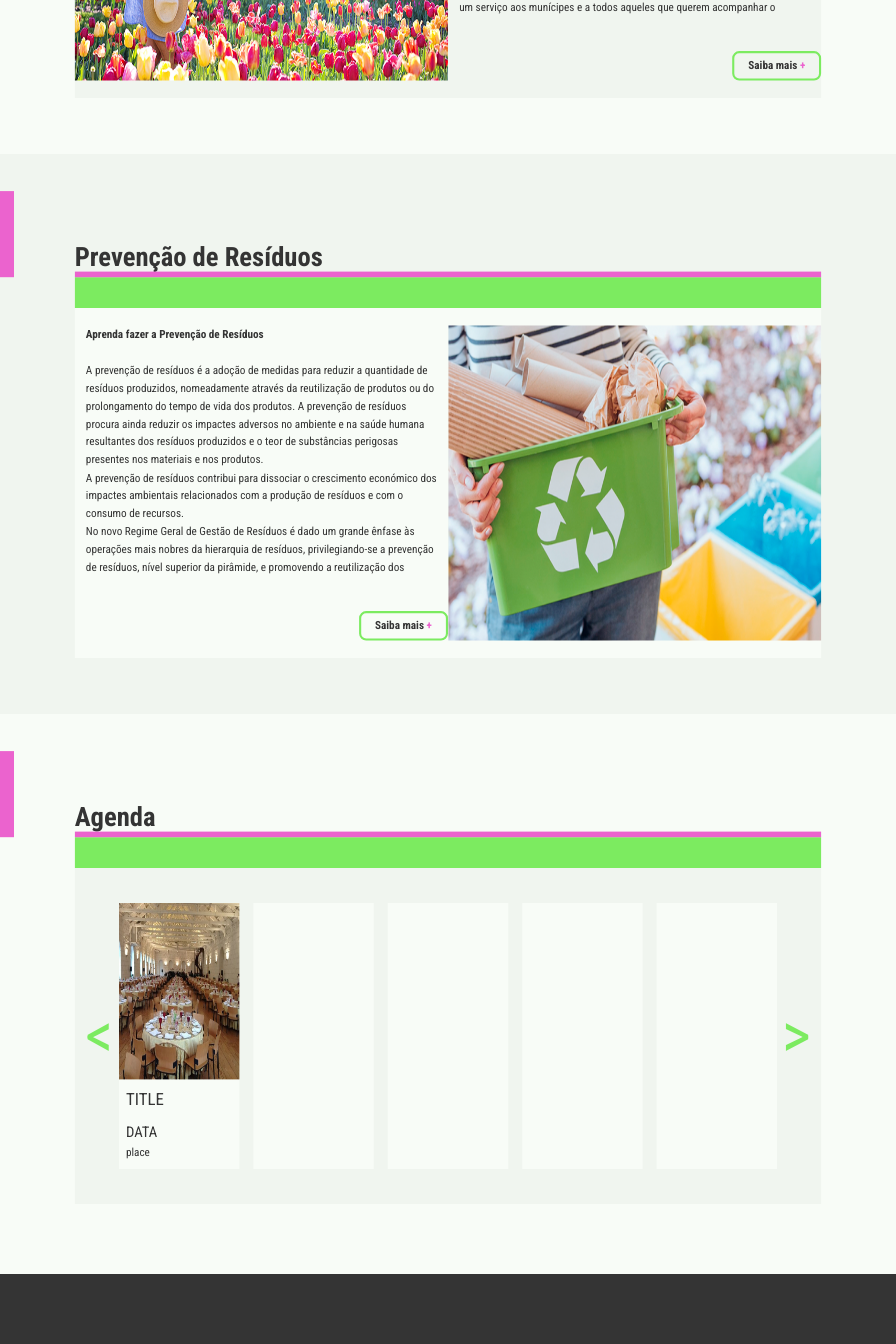
Repository: Goulart94/CmVilaFeliz
Page: index.html
These files come from the project's save history. The page is drawn as it stood at one moment and after the next save; the edit follows.
The browser window is 1280 px wide. The pictures show the part of the page from y = 3640 to 5560 px (the page is 5560 px tall), at 70% of full size.
The style sheet was rebuilt from its Sass, Less or Tailwind sources for each picture, by a compiler version that may differ from the author's.

Above is the page before, as saved 2022-05-16 15:13:13.

After the next save:
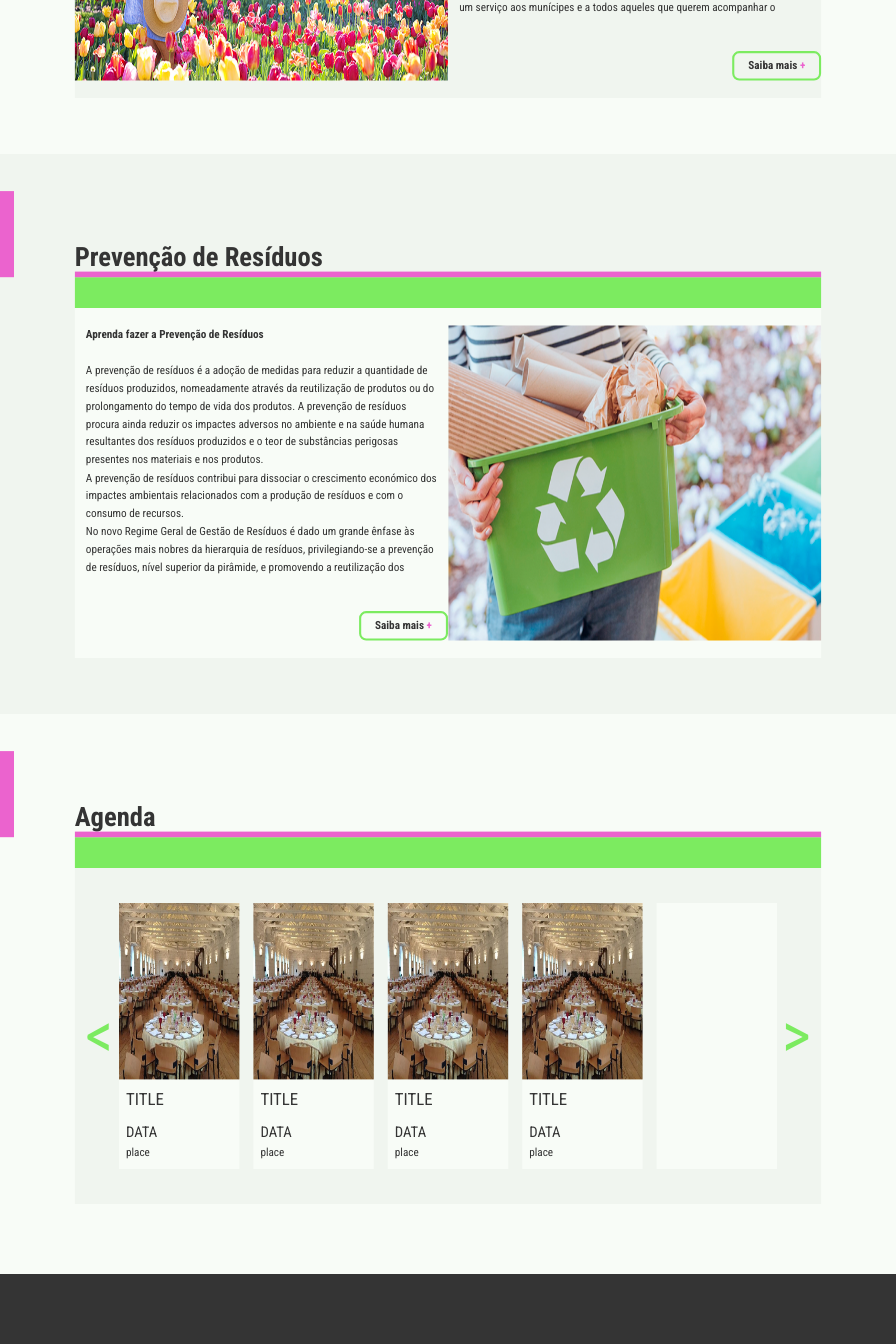
Saved 86 s later.
--- a/index.html
+++ b/index.html
@@ -380,33 +380,146 @@
                        <li class="place">place</li>
                      </ul>
                    </div>
-
-
-                </div>
-                <div class="news"></div>
-                <div class="news"></div>
-                <div class="news"></div>
+                </div>
+                <div class="news">
+                  <img src="./images/sliderNews/slider1.jpg" alt=" news">
+                   <div>
+                     <ul class="infoNews">
+                       <li class="title">TITLE</li>
+                       <li class="date">DATA</li>
+                       <li class="place">place</li>
+                     </ul>
+                   </div>
+                </div>
+                <div class="news">
+                  <img src="./images/sliderNews/slider1.jpg" alt=" news">
+                   <div>
+                     <ul class="infoNews">
+                       <li class="title">TITLE</li>
+                       <li class="date">DATA</li>
+                       <li class="place">place</li>
+                     </ul>
+                   </div>
+                </div>
+                <div class="news">
+                  <img src="./images/sliderNews/slider1.jpg" alt=" news">
+                   <div>
+                     <ul class="infoNews">
+                       <li class="title">TITLE</li>
+                       <li class="date">DATA</li>
+                       <li class="place">place</li>
+                     </ul>
+                   </div>
+                </div>
                 <div class="news"></div>
               </div>
             </li>
             <li class="orbit-slide">
               <div class="contentSlider">
-                <div class="news"></div>
-                <div class="news"></div>
-                <div class="news"></div>
-                <div class="news"></div>
-                <div class="news"></div>
+                <div class="news"><img src="./images/sliderNews/slider1.jpg" alt=" news">
+                  <div>
+                    <ul class="infoNews">
+                      <li class="title">TITLE</li>
+                      <li class="date">DATA</li>
+                      <li class="place">place</li>
+                    </ul>
+                  </div>
+                </div>
+                <div class="news"><img src="./images/sliderNews/slider1.jpg" alt=" news">
+                  <div>
+                    <ul class="infoNews">
+                      <li class="title">TITLE</li>
+                      <li class="date">DATA</li>
+                      <li class="place">place</li>
+                    </ul>
+                  </div>
+                </div>
+                <div class="news">
+                  <img src="./images/sliderNews/slider1.jpg" alt=" news">
+                   <div>
+                     <ul class="infoNews">
+                       <li class="title">TITLE</li>
+                       <li class="date">DATA</li>
+                       <li class="place">place</li>
+                     </ul>
+                   </div>
+                </div>
+                <div class="news">
+                  <img src="./images/sliderNews/slider1.jpg" alt=" news">
+                   <div>
+                     <ul class="infoNews">
+                       <li class="title">TITLE</li>
+                       <li class="date">DATA</li>
+                       <li class="place">place</li>
+                     </ul>
+                   </div>
+                </div>
+                <div class="news">
+                  <img src="./images/sliderNews/slider1.jpg" alt=" news">
+                   <div>
+                     <ul class="infoNews">
+                       <li class="title">TITLE</li>
+                       <li class="date">DATA</li>
+                       <li class="place">place</li>
+                     </ul>
+                   </div>
+                </div>
 
               </div>
 
             </li>
             <li class="orbit-slide">
               <div class="contentSlider">
-                <div class="news"></div>
-                <div class="news"></div>
-                <div class="news"></div>
-                <div class="news"></div>
-                <div class="news"></div>
+                <div class="news">
+                  <img src="./images/sliderNews/slider1.jpg" alt=" news">
+                   <div>
+                     <ul class="infoNews">
+                       <li class="title">TITLE</li>
+                       <li class="date">DATA</li>
+                       <li class="place">place</li>
+                     </ul>
+                   </div>
+                </div>
+                <div class="news">
+                  <img src="./images/sliderNews/slider1.jpg" alt=" news">
+                   <div>
+                     <ul class="infoNews">
+                       <li class="title">TITLE</li>
+                       <li class="date">DATA</li>
+                       <li class="place">place</li>
+                     </ul>
+                   </div>
+                </div>
+                <div class="news">
+                  <img src="./images/sliderNews/slider1.jpg" alt=" news">
+                   <div>
+                     <ul class="infoNews">
+                       <li class="title">TITLE</li>
+                       <li class="date">DATA</li>
+                       <li class="place">place</li>
+                     </ul>
+                   </div>
+                </div>
+                <div class="news">
+                  <img src="./images/sliderNews/slider1.jpg" alt=" news">
+                   <div>
+                     <ul class="infoNews">
+                       <li class="title">TITLE</li>
+                       <li class="date">DATA</li>
+                       <li class="place">place</li>
+                     </ul>
+                   </div>
+                </div>
+                <div class="news">
+                  <img src="./images/sliderNews/slider1.jpg" alt=" news">
+                   <div>
+                     <ul class="infoNews">
+                       <li class="title">TITLE</li>
+                       <li class="date">DATA</li>
+                       <li class="place">place</li>
+                     </ul>
+                   </div>
+                </div>
               </div>
 
             </li>
